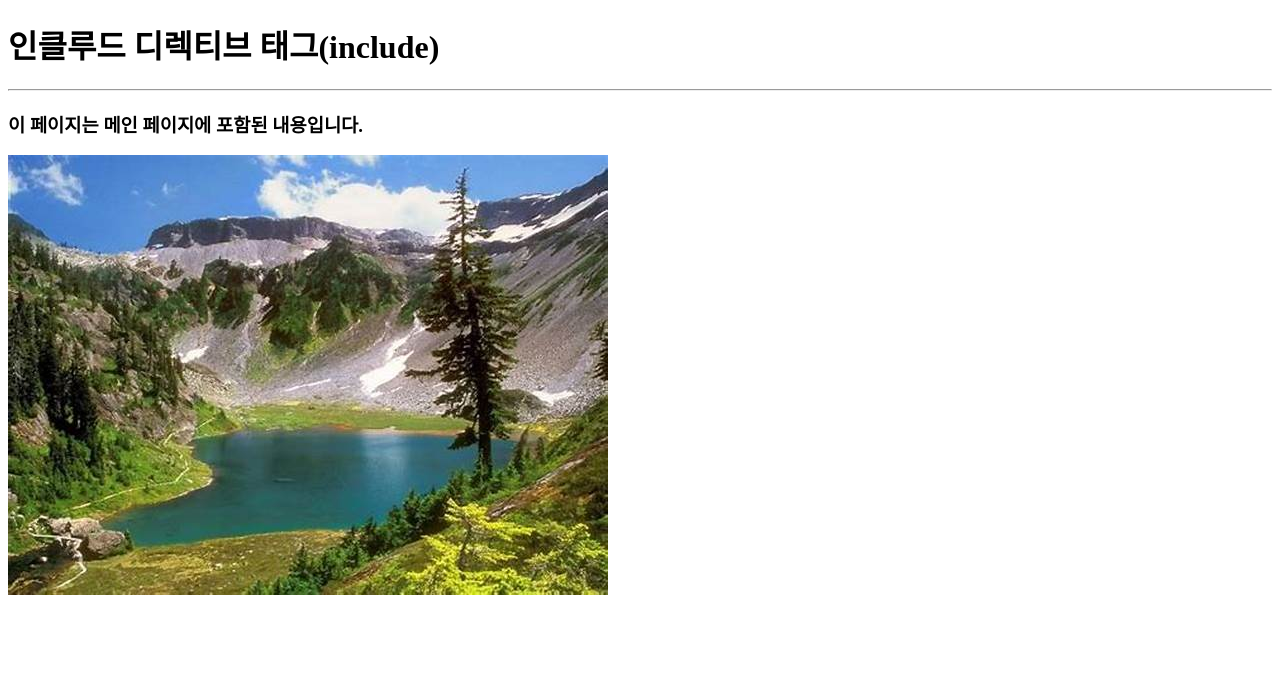
Repository: jsb5589/JAVAStudy
Page: http://localhost/JSP01/helloinclude.jsp
An editor plug-in stored every save of this project. The page is shown before and after the next save, followed by the edit.
The browser window is 1280 px wide. The pictures show the whole page.
The page is served by Tomcat 9.

Above is the page before, as saved 2021-08-09 03:43:21.

After the next save:
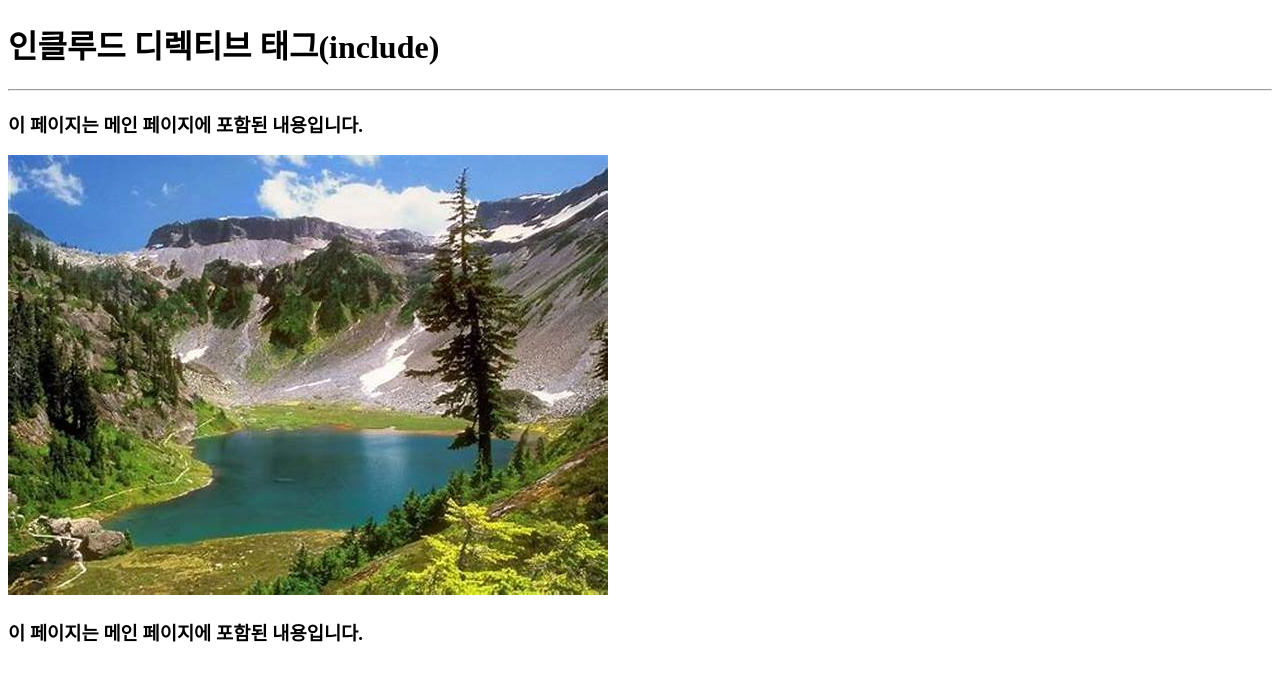
Saved 3 min 55 s later.
--- a/EZWebs/JSP01/src/main/webapp/helloinclude.jsp
+++ b/EZWebs/JSP01/src/main/webapp/helloinclude.jsp
@@ -13,6 +13,6 @@
 
 	<%@ include file ="content.jsp" %>
 
-	<h3></h3>
+	<h3>이 페이지는 메인 페이지에 포함된 내용입니다.</h3>
 </body>
 </html>
